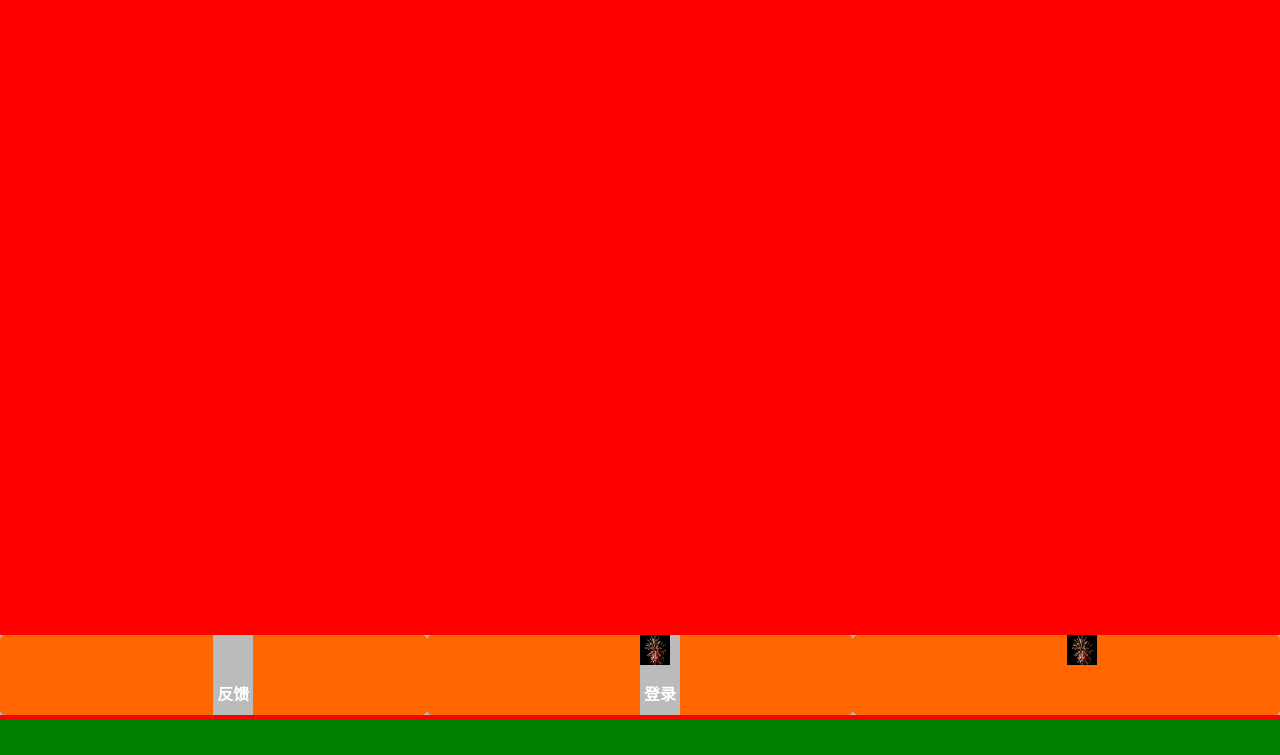
Repository: wangxinjun08231116/Html5Views
Page: WangXinJun/WebContent/htmls/QCF/shouye.html
The author's editor kept a copy of each file at every save. The page is drawn from the files as they stood at one save, then again after the next save.
The browser window is 1280 px wide. The pictures show the whole page.

Above is the page before, as saved 2015-01-21 08:49:14.

After the next save:
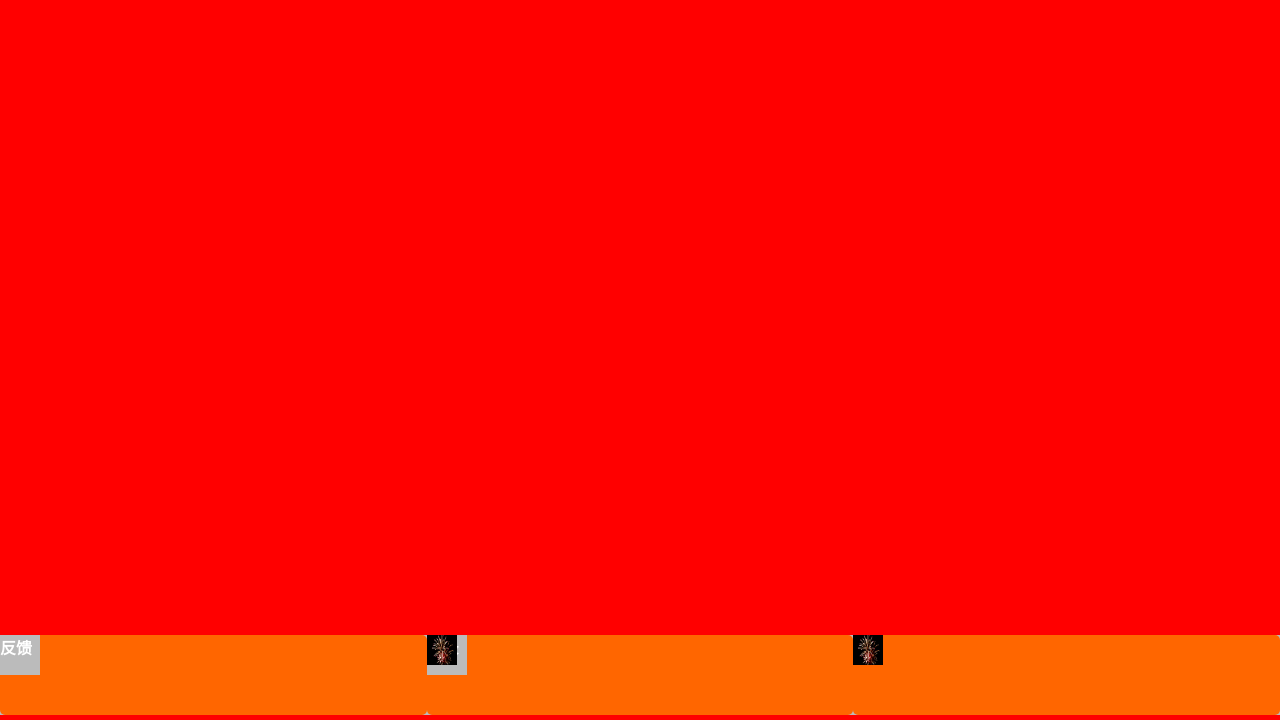
Saved 2 min 38 s later.
--- a/WangXinJun/WebContent/css/QCF/shouye.css
+++ b/WangXinJun/WebContent/css/QCF/shouye.css
@@ -40,7 +40,7 @@ body {height:100%;width:100%;
 	float:right;
 	color: #fff;
     font-size: 16px;
-    text-align:center;
+    //text-align:center;
 
 }
 
@@ -55,8 +55,7 @@ body {height:100%;width:100%;
 	//position:relative;
 	position:absolute;
 	width:40px;
-    height:80px;
-    line-height:120px;
+    height:40px;
     background-color: #bbb;
     color: #fff;
     font-weight: bold;
